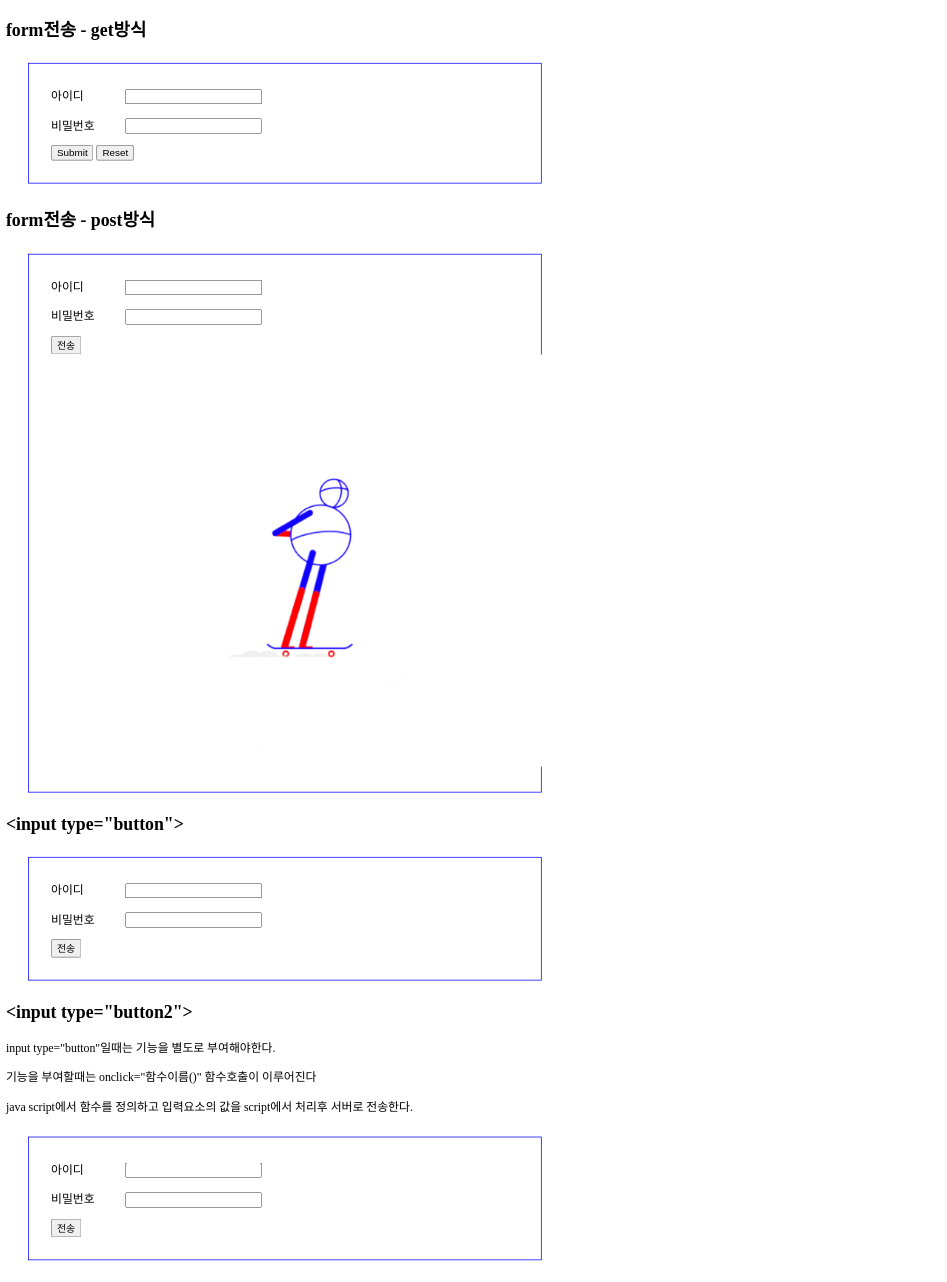
Repository: windy9109/FrontendClass
Page: webpro/src/main/webapp/0225/formDate.html
These files come from the project's save history. The page is drawn as it stood at one moment and after the next save; the edit follows.
The browser window is 1280 px wide. The pictures show the whole page, at 74% of full size.

Above is the page before, as saved 2022-02-25 08:33:42.

After the next save:
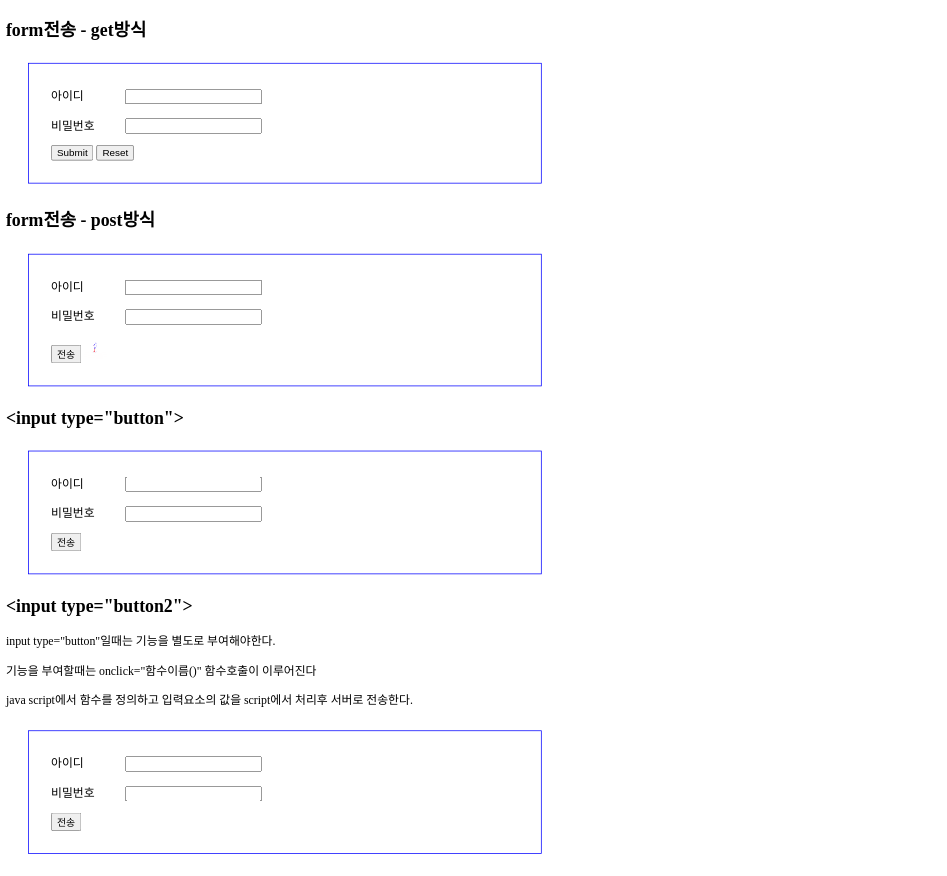
Saved 29 s later.
--- a/webpro/src/main/webapp/0225/formDate.html
+++ b/webpro/src/main/webapp/0225/formDate.html
@@ -18,7 +18,7 @@
 width:100px;
 height: 40px;
 }
-intput[type=image]{
+input[type=image]{
 	width:30px;
 	height:30px;
 }

After the save that followed:
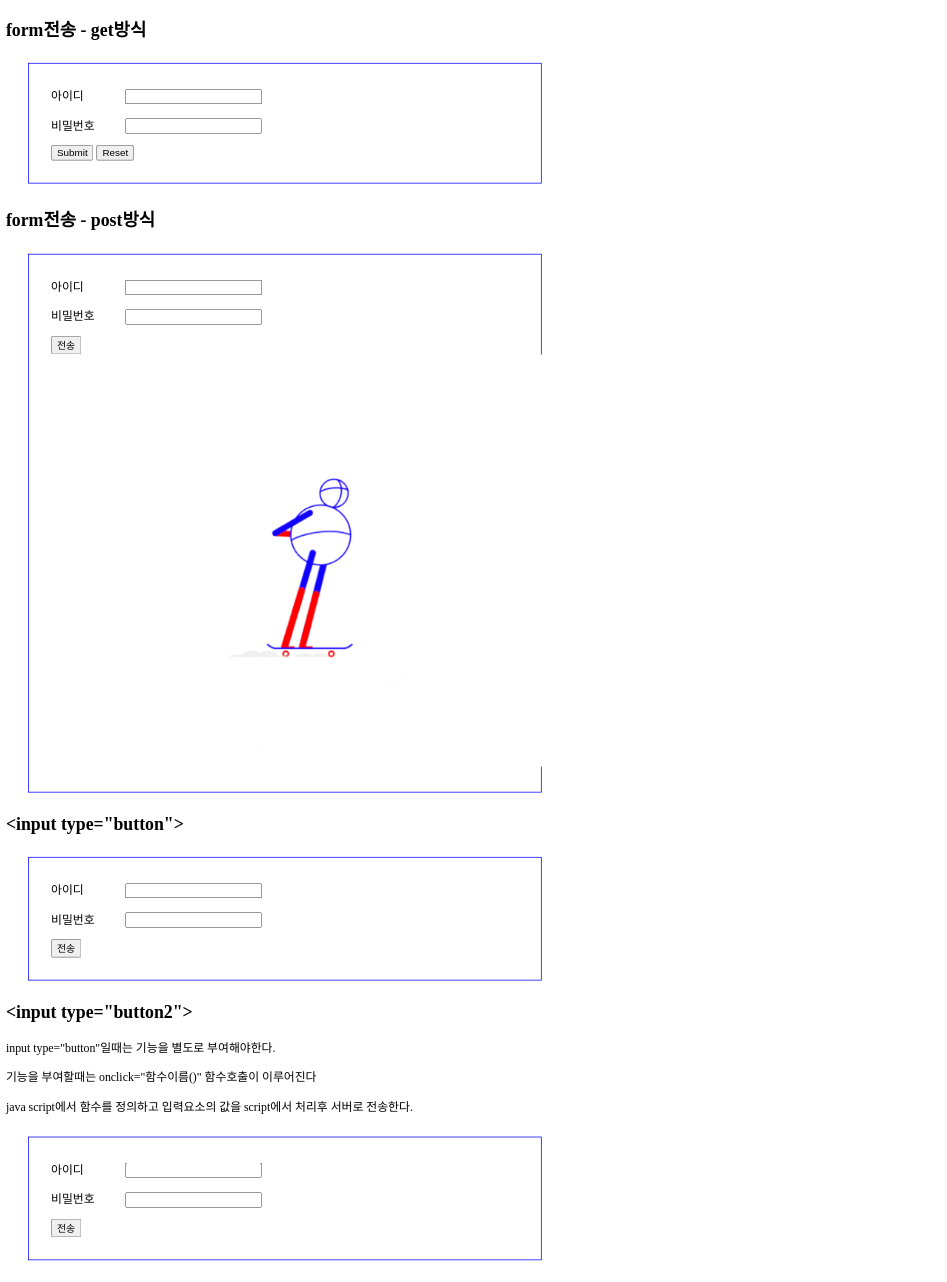
Saved 11 s later.
--- a/webpro/src/main/webapp/0225/formDate.html
+++ b/webpro/src/main/webapp/0225/formDate.html
@@ -18,10 +18,7 @@
 width:100px;
 height: 40px;
 }
-input[type=image]{
-	width:30px;
-	height:30px;
-}
+
 
 </style>
 
